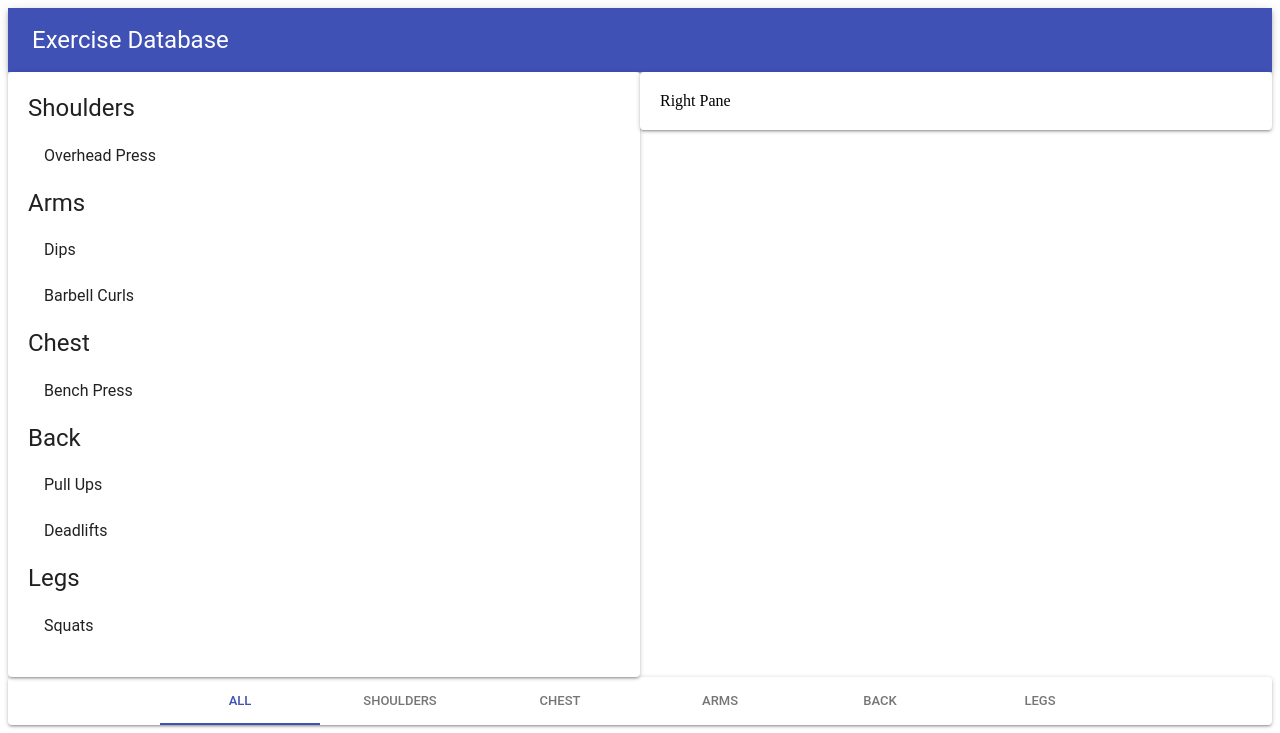
Repository: Votex874/material-ui
Page: /
These files come from the project's save history. The page is drawn as it stood at one moment and after the next save; the edit follows.
The browser window is 1280 px wide. The pictures show the whole page.
The project was rebuilt for these pictures with package versions that can differ from the ones it lists, and the page was loaded fresh each time. Also part of the build but not shown: src/Components/Exercises/LeftPane.js, src/Components/Exercises/RightPane.js.

Above is the page before, as saved 2019-03-24 13:05:49.

After the next save:
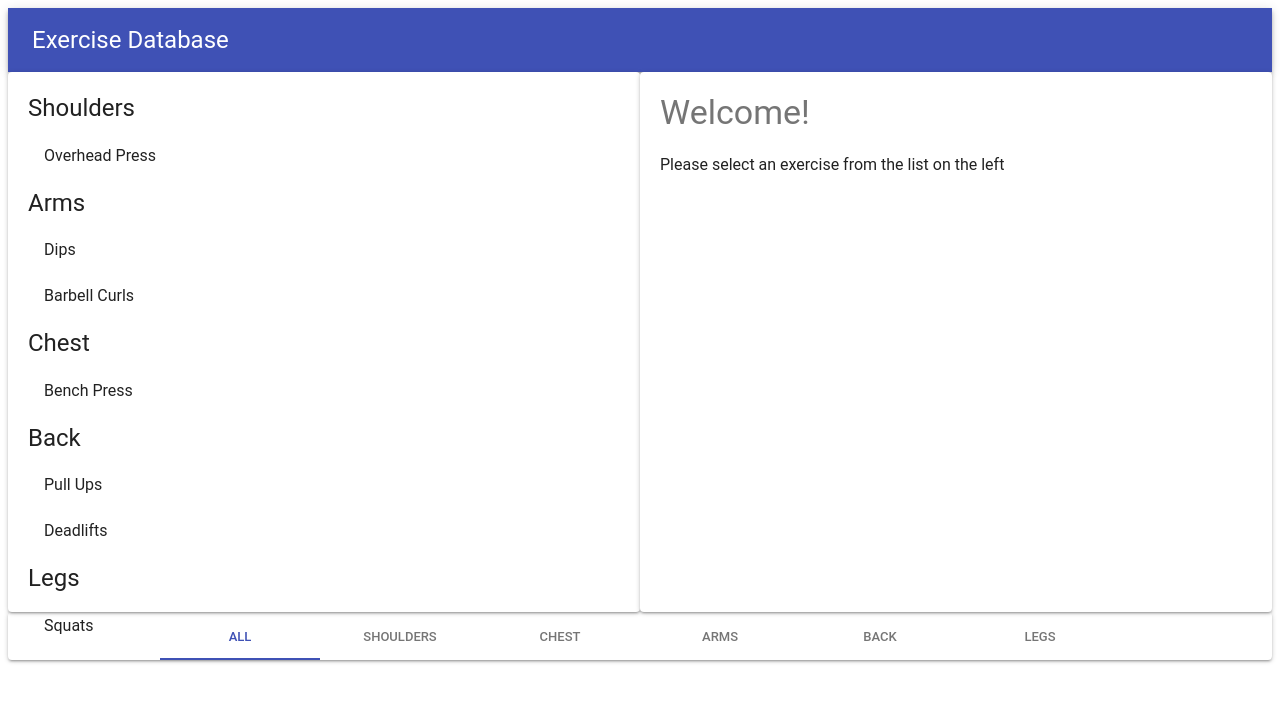
Saved 112 s later.
--- a/src/Components/Exercises/index.js
+++ b/src/Components/Exercises/index.js
@@ -6,7 +6,9 @@ import RightPane from './RightPane'
 const style = {
   Paper: {
     padding: 20,
-    margin: '20 0 20 0'
+    margin: '20 0 20 0',
+    height: 500,
+    overFlowY: 'auto'
   },
 }
 
@@ -40,7 +42,15 @@ export default ({ exercises }) =>
     </Grid>
     <Grid item sm>
       <Paper style={style.Paper}>
-        Right Pane
+        <Typography
+          variant='display1'
+        >
+          Welcome!
+        </Typography>
+        <Typography
+          variant='subheading'
+          style={{marginTop: 20}}
+        >Please select an exercise from the list on the left</Typography>
       </Paper>
     </Grid>
   </Grid>
